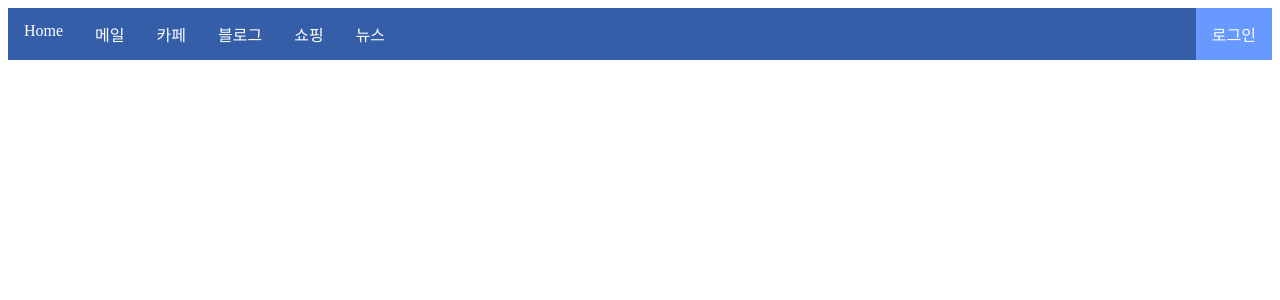
Repository: kdh2212/KDT_code
Page: http://localhost/20250808Web/actiontag/includer.jsp
These files come from the project's save history. The page is drawn as it stood at one moment and after the next save; the edit follows.
The browser window is 1280 px wide. The pictures show the whole page.
The page is served by Tomcat 9. Other server files are loaded and not shown.

Above is the page before, as saved 2025-08-08 02:25:24.

### 20250808Web/src/main/webapp/actiontag/includer.jsp
<%@ page language="java" contentType="text/html; charset=UTF-8"
    pageEncoding="UTF-8"%>
<!DOCTYPE html>
<html>
<head>
<meta charset="UTF-8">
<title>Insert title here</title>
<style>
	ul {
	    list-style-type: none;
	    margin: 0;
	    padding: 0;
	    overflow: hidden;
	    background-color: rgb(53,94,169);
	    /* background-color:  #999 ; */
	}
	li {
	    float: left;
	}
	li a, .dropbtn {
	    display: inline-block;
	    color: white;
	    text-align: center;
	    padding: 14px 16px;
	    text-decoration: none;
	}
	li a:hover, .dropdown:hover .dropbtn {
	    /* background-color: red; */
	    background-color: #6799FF;
	}
	li.dropdown {
	    display: inline-block;
	}
	li a.active, a.active:hover{
	    /* background-color: #4CAF50; */
	    background-color: #6799FF;
	}
	.dropdown-content {
	    display: none;
	    position: absolute;
	    background-color: #f9f9f9;
	    min-width: 160px;
	    box-shadow: 0px 8px 16px 0px rgba(0,0,0,0.2);
	    z-index: 1;
	}
	.dropdown-content a {
	    color: black;
	    padding: 12px 16px;
	    text-decoration: none;
	    display: block;
	    text-align: left;
	}
	.dropdown-content a:hover {background-color: #f1f1f1}
	.dropdown:hover .dropdown-content {
	    display: block;
	}
</style>
</head>
<body>
	<ul>
		  <li><a href="#home">Home</a></li>
		  <li><a href="#mail">메일</a></li>
		  <li><a href="#cafe">카페</a></li>
		  <li><a href="#blog">블로그</a></li>
		  <li class="dropdown">
			    <a href="#shopping" class="dropbtn">쇼핑</a>
			    <div class="dropdown-content">
				      <a href="#">가전제품</a>
				      <a href="#">의류/악세사리</a>
				      <a href="#">가방/신발</a>
			    </div>
		  </li>
		  <li class="dropdown">
			    <a href="#new" class="dropbtn">뉴스</a>
			    <div class="dropdown-content">
			      <a href="#">정치</a>
				      <a href="#">경제</a>
				      <a href="#">생활/문화</a>
			    </div>
		  </li>
		  <li style="float:right"><a class="active" href="#login">로그인</a></li>
	</ul>
</body>
</html>

### 20250808Web/src/main/webapp/actiontag/navbar.jsp
<%@ page language="java" contentType="text/html; charset=UTF-8"
    pageEncoding="UTF-8"%>
<!DOCTYPE html>
<html>
<head>
<meta charset="UTF-8">
<title>Insert title here</title>
<style>
	ul {
	    list-style-type: none;
	    margin: 0;
	    padding: 0;
	    overflow: hidden;
	    background-color: rgb(53,94,169);
	    /* background-color:  #999 ; */
	}
	li {
	    float: left;
	}
	li a, .dropbtn {
	    display: inline-block;
	    color: white;
	    text-align: center;
	    padding: 14px 16px;
	    text-decoration: none;
	}
	li a:hover, .dropdown:hover .dropbtn {
	    /* background-color: red; */
	    background-color: #6799FF;
	}
	li.dropdown {
	    display: inline-block;
	}
	li a.active, a.active:hover{
	    /* background-color: #4CAF50; */
	    background-color: #6799FF;
	}
	.dropdown-content {
	    display: none;
	    position: absolute;
	    background-color: #f9f9f9;
	    min-width: 160px;
	    box-shadow: 0px 8px 16px 0px rgba(0,0,0,0.2);
	    z-index: 1;
	}
	.dropdown-content a {
	    color: black;
	    padding: 12px 16px;
	    text-decoration: none;
	    display: block;
	    text-align: left;
	}
	.dropdown-content a:hover {background-color: #f1f1f1}
	.dropdown:hover .dropdown-content {
	    display: block;
	}
</style>
</head>
<body>
	<ul>
		  <li><a href="#home">Home</a></li>
		  <li><a href="#mail">메일</a></li>
		  <li><a href="#cafe">카페</a></li>
		  <li><a href="#blog">블로그</a></li>
		  <li class="dropdown">
			    <a href="#shopping" class="dropbtn">쇼핑</a>
			    <div class="dropdown-content">
				      <a href="#">가전제품</a>
				      <a href="#">의류/악세사리</a>
				      <a href="#">가방/신발</a>
			    </div>
		  </li>
		  <li class="dropdown">
			    <a href="#new" class="dropbtn">뉴스</a>
			    <div class="dropdown-content">
			      <a href="#">정치</a>
				      <a href="#">경제</a>
				      <a href="#">생활/문화</a>
			    </div>
		  </li>
		  <li style="float:right"><a class="active" href="#login">로그인</a></li>
	</ul>
</body>
</html>

After the next save:
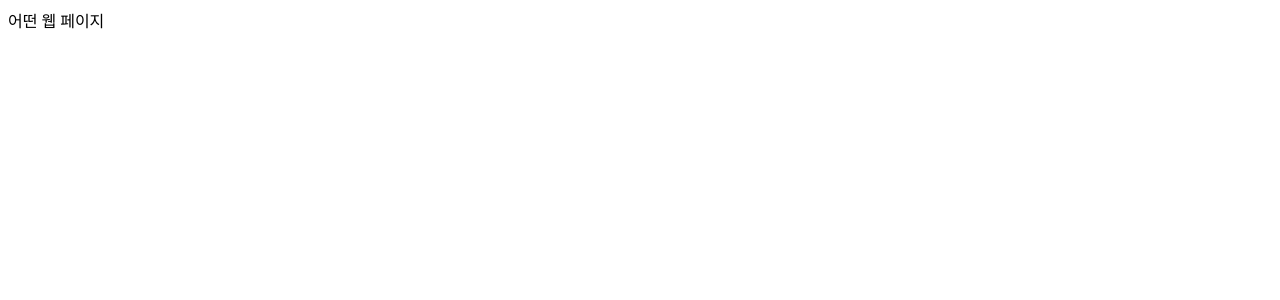
Saved 18 s later.
--- a/20250808Web/src/main/webapp/actiontag/includer.jsp
+++ b/20250808Web/src/main/webapp/actiontag/includer.jsp
@@ -5,80 +5,8 @@
 <head>
 <meta charset="UTF-8">
 <title>Insert title here</title>
-<style>
-	ul {
-	    list-style-type: none;
-	    margin: 0;
-	    padding: 0;
-	    overflow: hidden;
-	    background-color: rgb(53,94,169);
-	    /* background-color:  #999 ; */
-	}
-	li {
-	    float: left;
-	}
-	li a, .dropbtn {
-	    display: inline-block;
-	    color: white;
-	    text-align: center;
-	    padding: 14px 16px;
-	    text-decoration: none;
-	}
-	li a:hover, .dropdown:hover .dropbtn {
-	    /* background-color: red; */
-	    background-color: #6799FF;
-	}
-	li.dropdown {
-	    display: inline-block;
-	}
-	li a.active, a.active:hover{
-	    /* background-color: #4CAF50; */
-	    background-color: #6799FF;
-	}
-	.dropdown-content {
-	    display: none;
-	    position: absolute;
-	    background-color: #f9f9f9;
-	    min-width: 160px;
-	    box-shadow: 0px 8px 16px 0px rgba(0,0,0,0.2);
-	    z-index: 1;
-	}
-	.dropdown-content a {
-	    color: black;
-	    padding: 12px 16px;
-	    text-decoration: none;
-	    display: block;
-	    text-align: left;
-	}
-	.dropdown-content a:hover {background-color: #f1f1f1}
-	.dropdown:hover .dropdown-content {
-	    display: block;
-	}
-</style>
 </head>
 <body>
-	<ul>
-		  <li><a href="#home">Home</a></li>
-		  <li><a href="#mail">메일</a></li>
-		  <li><a href="#cafe">카페</a></li>
-		  <li><a href="#blog">블로그</a></li>
-		  <li class="dropdown">
-			    <a href="#shopping" class="dropbtn">쇼핑</a>
-			    <div class="dropdown-content">
-				      <a href="#">가전제품</a>
-				      <a href="#">의류/악세사리</a>
-				      <a href="#">가방/신발</a>
-			    </div>
-		  </li>
-		  <li class="dropdown">
-			    <a href="#new" class="dropbtn">뉴스</a>
-			    <div class="dropdown-content">
-			      <a href="#">정치</a>
-				      <a href="#">경제</a>
-				      <a href="#">생활/문화</a>
-			    </div>
-		  </li>
-		  <li style="float:right"><a class="active" href="#login">로그인</a></li>
-	</ul>
+어떤 웹 페이지
 </body>
 </html>

After the 2 saves that followed:
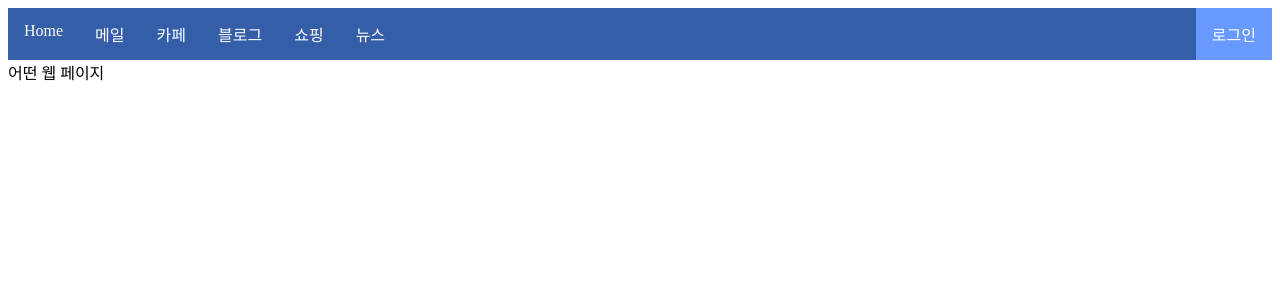
The 2 saves are shown as one change because 1 did not build or start.
The last was saved 38 s later.
--- a/20250808Web/src/main/webapp/actiontag/includer.jsp
+++ b/20250808Web/src/main/webapp/actiontag/includer.jsp
@@ -7,6 +7,7 @@
 <title>Insert title here</title>
 </head>
 <body>
+<jsp:include page="navbar.jsp"></jsp:include>
 어떤 웹 페이지
 </body>
 </html>
